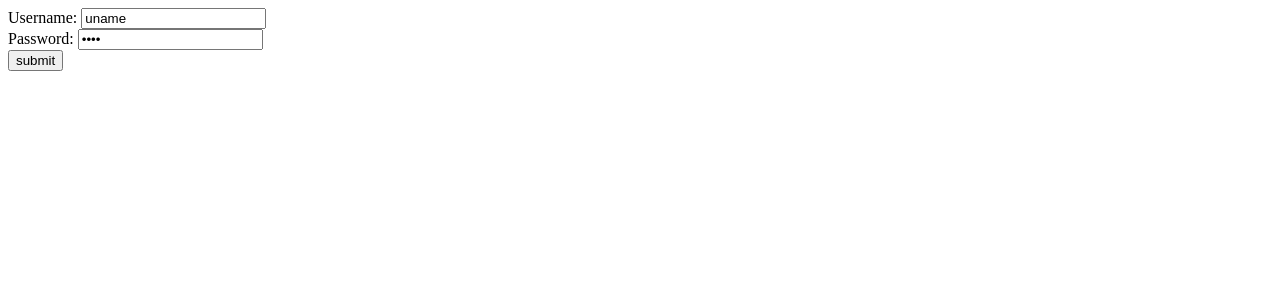
Repository: i-am-enlightened/Spring
Page: http://localhost/LoginWebApp/login.jsp
The author's editor kept a copy of each file at every save. The page is drawn from the files as they stood at one save, then again after the next save.
The browser window is 1280 px wide. The pictures show the whole page.
The page is served by Tomcat 9.

Above is the page before, as saved 2019-07-31 11:44:10.

### LoginWebApp/src/main/webapp/login.jsp
<%@ page language="java" contentType="text/html; charset=ISO-8859-1"
    pageEncoding="ISO-8859-1"%>
<!DOCTYPE html>
<html>
<head>
<meta charset="ISO-8859-1">
<title>Insert title here</title>
</head>
<body>
	<form >
	Username: <input type="text" value="uname"> <br>
	Password: <input type="password" value="pass"> <br>
	<input type="submit" value="submit">
	</form>
</body>
</html>

After the next save:
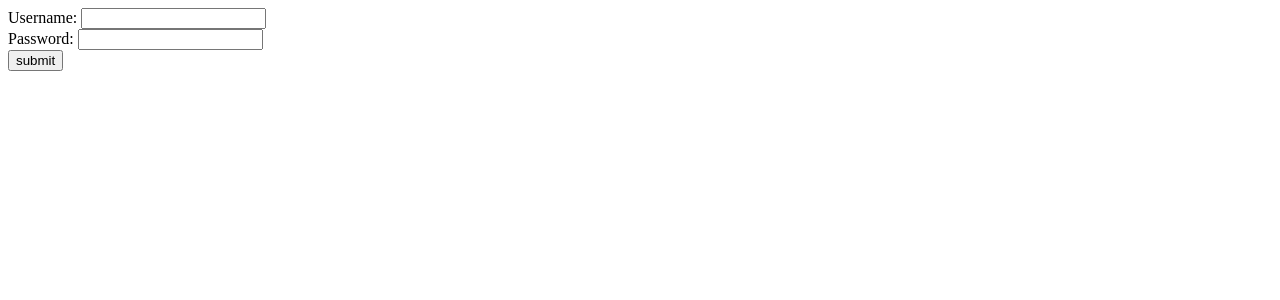
Saved 16 s later.
--- a/LoginWebApp/src/main/webapp/login.jsp
+++ b/LoginWebApp/src/main/webapp/login.jsp
@@ -8,8 +8,8 @@
 </head>
 <body>
 	<form >
-	Username: <input type="text" value="uname"> <br>
-	Password: <input type="password" value="pass"> <br>
+	Username: <input type="text" name="uname"> <br>
+	Password: <input type="password" name="pass"> <br>
 	<input type="submit" value="submit">
 	</form>
 </body>
